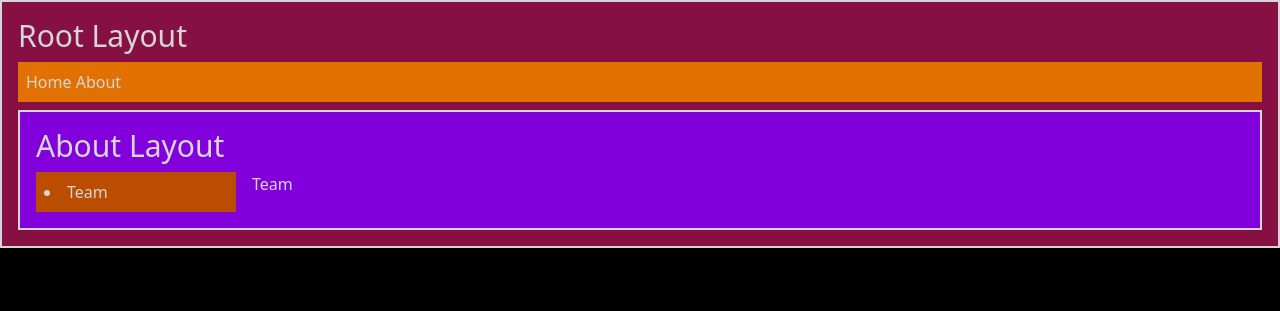
Repository: eyassud/notenow
Page: /about/team
The author's editor kept a copy of each file at every save. The page is drawn from the files as they stood at one save, then again after a run of saves.
The browser window is 1280 px wide. The pictures show the whole page.
The project was rebuilt for these pictures with package versions that can differ from the ones it lists, and the page was loaded fresh each time. The framework's server and built-in components were replaced by stand-ins that run in the browser. Also part of the build but not shown: svelte.config.js, vite.config.ts.

Above is the page before, as saved 2025-12-11 16:23:37.

After the next 4 saves:
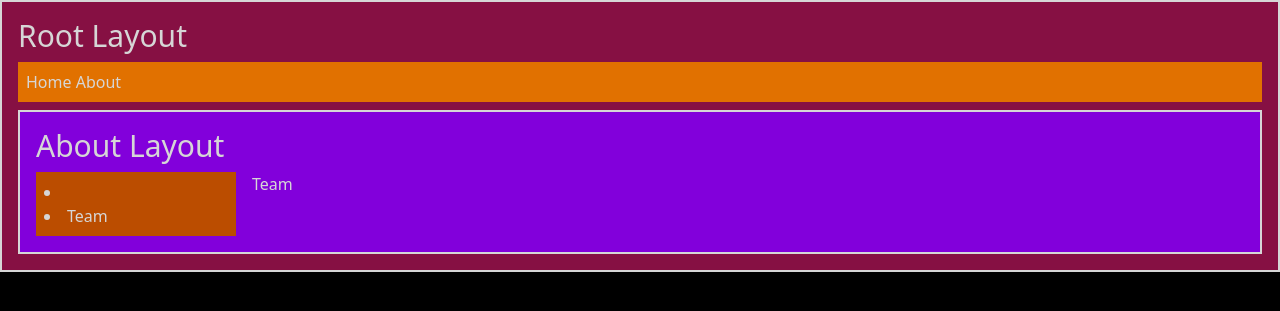
The 4 saves are shown as one change because they came seconds apart.
The last was saved 21 s later.
--- a/src/routes/about/+layout.svelte
+++ b/src/routes/about/+layout.svelte
@@ -9,6 +9,7 @@
 	<div class="flex gap-4">
 		<div class="w-[200px] bg-amber-700">
             <nav class="p-2">
+                <li><a href="/"></a></li>
                 <li>
                     <a href="/about/team">Team</a>
                 </li>
